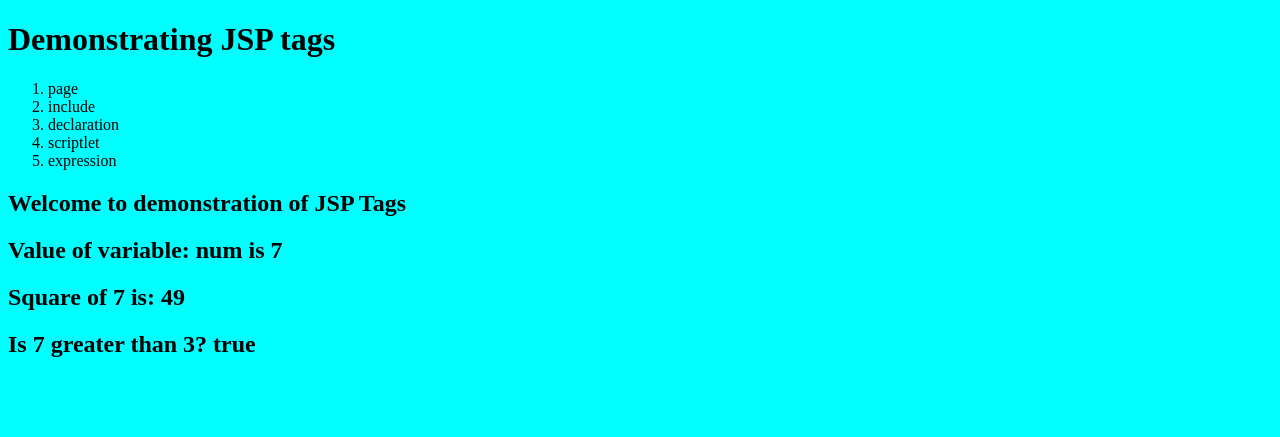
Repository: PallaviWalve/Advance-Java
Page: http://localhost/Web_Project/jsp_tags_demo.jsp
The author's editor kept a copy of each file at every save. The page is drawn from the files as they stood at one save, then again after the next save.
The browser window is 1280 px wide. The pictures show the whole page.
The page is served by Tomcat 10. Other server files are loaded and not shown.

Above is the page before, as saved 2024-06-06 04:27:45.

### Web_Project/src/main/webapp/jsp_tags_demo.jsp
<%@ page language="java" contentType="text/html; charset=UTF-8"
    pageEncoding="UTF-8"%>
<!DOCTYPE html>
<html>
<body>
	<%--Include resource : index.html --%>
	<%@ include file="index.html" %>
	<h2>Welcome to demonstration of JSP Tags</h2>

	<%--Declaring some variable , defining some method --%>
	<%!
		int num = 7;
		public String sayGreeting(String name){
			return "Hello " + name.toUpperCase();
		}
	%>

	<%--Using the variable and method through expression --%>
	<h2>Value of variable: num is <%=num %></h2>
	<h2>Square of <%=num %> is:  <%=(num * num) %></h2>
	<h2>Is <%=num %> greater than 3? <%=(num > 3) %></h2>

	<%--Invoking method: sayGreeting() --%>

</body>
</html>

### Web_Project/src/main/webapp/index.html
<!DOCTYPE html>
<html>
<body bgcolor="cyan">
	<h1>Demonstrating JSP tags</h1>
	<ol>
		<li>page</li>
		<li>include</li>
		<li>declaration</li>
		<li>scriptlet</li>
		<li>expression</li>
	</ol>
</body>
</html>

After the next save:
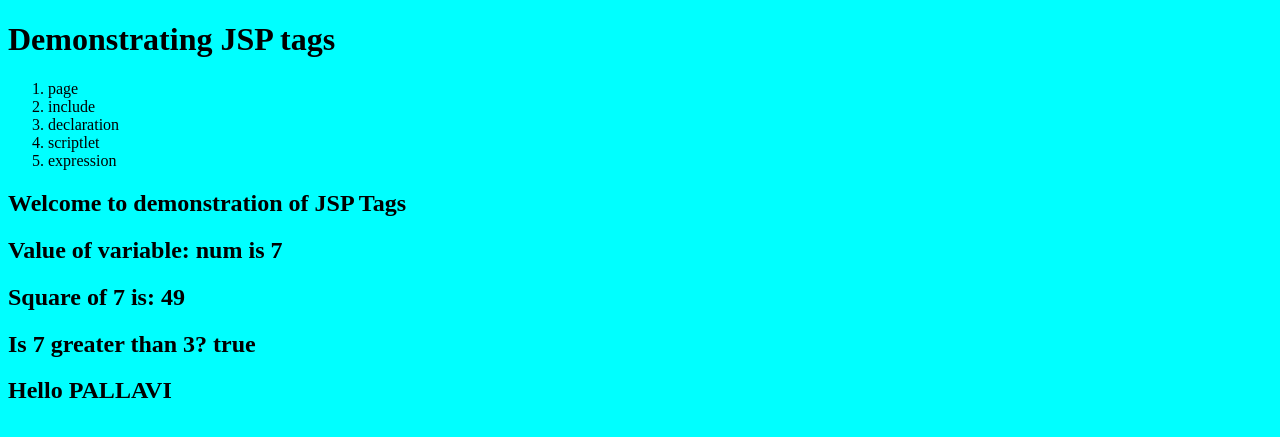
Saved 36 s later.
--- a/Web_Project/src/main/webapp/jsp_tags_demo.jsp
+++ b/Web_Project/src/main/webapp/jsp_tags_demo.jsp
@@ -21,6 +21,7 @@
 	<h2>Is <%=num %> greater than 3? <%=(num > 3) %></h2>
 
 	<%--Invoking method: sayGreeting() --%>
+	<h2><%=sayGreeting("Pallavi") %></h2>
 
 </body>
 </html>
